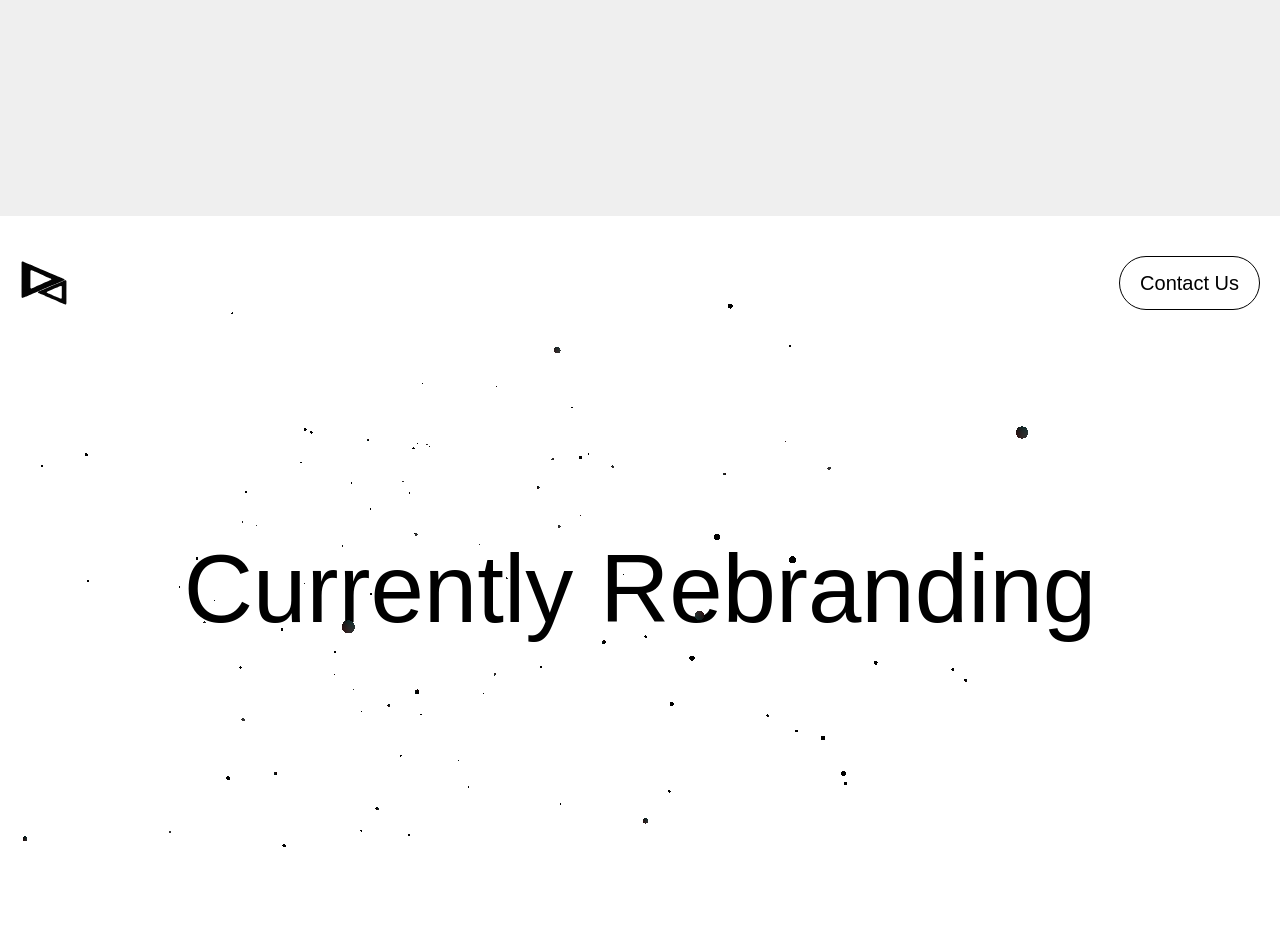
Repository: Cybugg/Nexxistudios-new
Page: /
These files come from the project's save history. The page is drawn as it stood at one moment and after the next save; the edit follows.
The browser window is 1280 px wide. The pictures show the whole page.
The project was rebuilt for these pictures with package versions that can differ from the ones it lists, and the page was loaded fresh each time. The framework's server and built-in components were replaced by stand-ins that run in the browser. Also part of the build but not shown: next.config.mjs.

Above is the page before, as saved 2025-09-06 15:32:16.

### app/layout.js
import { Geist, Geist_Mono } from "next/font/google";
import localFont from "next/font/local";
import "./globals.css";


const geistSans = Geist({
  variable: "--font-geist-sans",
  subsets: ["latin"],
});
const clashGrotesk = localFont({
  src:"./../public/fonts/TTF/ClashGrotesk-Variable.ttf",
  variable:"--font-clashGrotesk"
})

const geistMono = Geist_Mono({
  variable: "--font-geist-mono",
  subsets: ["latin"],
});

export const metadata = {
  title: "Create Next App",
  description: "Generated by create next app",
};

export default function RootLayout({ children }) {
  return (
    <html lang="en">
      <body
        className={`${geistSans.variable} ${geistMono.variable} antialiased ${clashGrotesk.variable} `}>
        {children}
      </body>
    </html>
  );
}

### app/page.js
"use client"
import { useGSAP } from "@gsap/react";
import TopNav from "./components/topNav";
import gsap from 'gsap';
import { useRef } from "react";
import Particles from "./Effects/Particles";




export default function Home() {
  const boxRef = useRef(null);
  useGSAP(() => {

    gsap.to("#progress", {
      width:"95%",
      duration:3,
      ease: 'power2.out',
    });
  },);

  return (
    <div className="grid grid-rows-[20px_1fr_20px] min-h-screen p-3 px-5  sm:p-5 bg-white text-black font-clashGrotesk">
      <main className="flex flex-col gap-[32px] row-start-2 items-center container mx-auto" style={{ width: '100%',height: '600px', position: 'relative' }}>
        <div className="absolute w-full h-full">
              <Particles particleColors={['#000000', '#000000']}
    particleCount={200}
    particleSpread={10}
    speed={0.1}
    particleBaseSize={100}
    moveParticlesOnHover={true}
    alphaParticles={false}
    disableRotation={false}
  />
        </div>

      {/* Nav section */}
  <TopNav />
      {/* Hero */}
      <section className="h-full w-full flex items-center justify-center">
    <div className="flex flex-col gap-5">
    {/* <div className="text-3xl">
    Re-branding in Progress...
    </div> */}
    <div className="flex items-center justify-center w-full">

{/* Text */}
<div className=" text-black flex items-center justify-center  w-full fontbold  text-8xl">
Currently Rebranding
</div>
    </div>

    <div>

    </div>
    </div>
      </section>

      </main>
      <footer className="row-start-3 flex gap-[24px] flex-wrap items-center justify-center">

      </footer>
    </div>
  );
}

### app/globals.css
@import "tailwindcss";

:root {
  --background: #ffffff;
  --foreground: #171717;
}

@theme inline {
  --color-background: var(--background);
  --color-foreground: var(--foreground);
  --font-sans: var(--font-geist-sans);
  --font-mono: var(--font-geist-mono);
}

@media (prefers-color-scheme: dark) {
  :root {
    --background: #0a0a0a;
    --foreground: #ededed;
  }
}

body {
  background: var(--background);
  color: var(--foreground);
  font-family: Arial, Helvetica, sans-serif;
}

@keyframes load {
  0% {
    top: 4.5rem;
  }
  70% {
    top: 1.125rem;
  }
  90% {
    top: 0;
  }
  95% {
    top: 0;
  }
  100% {
    top: 4.5rem;
  }
}
@keyframes liquid-1 {
  0% {
    height: 0;
    opacity: 0;
    top: -0.5rem;
  }
  22% {
    height: 0.28125rem;
    top: 0.375rem;
    opacity: 1;
  }
  25% {
    top: -0.25rem;
  }
  35% {
    height: 1.125rem;
    top: -0.5rem;
  }
  55% {
    height: 0.28125rem;
    top: -0.125rem;
  }
  60% {
    height: 0.61875rem;
    opacity: 1;
    top: -0.275rem;
  }
  96% {
    height: 0.84375rem;
    opacity: 0;
    top: 0.5rem;
  }
  100% {
    height: 0;
    opacity: 0;
  }
}
@keyframes liquid-2 {
  0% {
    height: 0;
    opacity: 0;
    top: -0.5rem;
  }
  17.5% {
    height: 0.28125rem;
    top: 0.2rem;
    opacity: 1;
  }
  20% {
    top: -0.25rem;
  }
  25% {
    height: 1.40625rem;
    top: -0.625rem;
  }
  45% {
    height: 0.28125rem;
    top: -0.125rem;
  }
  60% {
    height: 1.40625rem;
    opacity: 1;
    top: -0.5rem;
  }
  96% {
    height: 0.84375rem;
    opacity: 0;
    top: 0.5rem;
  }
  100% {
    height: 0;
    opacity: 0;
  }
}
.battery {
  display: inline-block;
  position: relative;
  width: 2.25rem;
  height: 4.5rem;
  box-shadow: 0 0 0 0.2rem #425c77;
  background: white;
  border-radius: 0.09rem;
}
.battery:before {
  content: "";
  position: absolute;
  left: 0.5625rem;
  right: 0.5625rem;
  top: -0.3375rem;
  height: 0.3375rem;
  width: 1.125rem;
  background: #425c77;
  border-radius: 0.18rem;
}
.battery:after {
  content: "";
  position: absolute;
  top: 0;
  bottom: 0;
  left: 0;
  right: 0;
  border-right: 2.25rem solid transparent;
  border-bottom: 4.05rem solid rgba(255, 255, 255, 0.325);
}

.liquid {
  position: absolute;
  top: 0;
  bottom: 0;
  left: 0;
  right: 0;
  width: 2.25rem;
  background: #71fb85;
  animation: load 2.25s infinite;
}
.liquid:after, .liquid:before {
  content: "";
  position: absolute;
  top: -0.5rem;
  height: 1.125rem;
  width: 1.4625rem;
  background: #71fb85;
  border-radius: 50%;
  opacity: 0;
}
.liquid:after {
  right: 0;
  animation: liquid-1 2.25s infinite;
}
.liquid:before {
  left: 0;
  animation: liquid-2 2.25s infinite;
}

body {
  padding-top: 30vh;
  background: #efefef;
  text-align: center;
}

@keyframes power {
  0% {
    color: #bcbcbc;
  }
  75% {
    color: #bcbcbc;
    text-shadow: none;
  }
  90% {
    color: #58fa70;
    text-shadow: 0 0 0.8em #71fb85;
  }
  100% {
    color: #bcbcbc;
    text-shadow: none;
  }
}
h5 {
  font-family: Lato, sans-serif;
  font-weight: 300;
  letter-spacing: 0.025rem;
  text-transform: uppercase;
  color: #bcbcbc;
  animation: power 2.25s infinite;
}

### app/components/topNav.js
import Image from 'next/image';
import React from 'react'
import logo from "@/assets/images/logo-light.svg"

function TopNav() {
  return (
    <div className="flex justify-between items-center w-full">
    {/* Logo */}
    <div>
      <Image src={logo} width={48} height={46} alt="nexxistudios's logo" />
    </div>
    <ul>
      <li className="py-3 px-5 text-xl rounded-full border cursor-pointer">
Contact Us
      </li>
    </ul>
  </div>
  )
}

export default TopNav;

### app/Effects/Particles.js
"use client"

import { useEffect, useRef } from 'react';
import { Renderer, Camera, Geometry, Program, Mesh } from 'ogl';

const defaultColors = ['#ffffff', '#ffffff', '#ffffff'];

const hexToRgb = hex => {
  hex = hex.replace(/^#/, '');
  if (hex.length === 3) {
    hex = hex
      .split('')
      .map(c => c + c)
      .join('');
  }
  const int = parseInt(hex, 16);
  const r = ((int >> 16) & 255) / 255;
  const g = ((int >> 8) & 255) / 255;
  const b = (int & 255) / 255;
  return [r, g, b];
};

const vertex = /* glsl */ `
  attribute vec3 position;
  attribute vec4 random;
  attribute vec3 color;

  uniform mat4 modelMatrix;
  uniform mat4 viewMatrix;
  uniform mat4 projectionMatrix;
  uniform float uTime;
  uniform float uSpread;
  uniform float uBaseSize;
  uniform float uSizeRandomness;

  varying vec4 vRandom;
  varying vec3 vColor;

  void main() {
    vRandom = random;
    vColor = color;

    vec3 pos = position * uSpread;
    pos.z *= 10.0;

    vec4 mPos = modelMatrix * vec4(pos, 1.0);
    float t = uTime;
    mPos.x += sin(t * random.z + 6.28 * random.w) * mix(0.1, 1.5, random.x);
    mPos.y += sin(t * random.y + 6.28 * random.x) * mix(0.1, 1.5, random.w);
    mPos.z += sin(t * random.w + 6.28 * random.y) * mix(0.1, 1.5, random.z);

    vec4 mvPos = viewMatrix * mPos;

    if (uSizeRandomness == 0.0) {
      gl_PointSize = uBaseSize;
    } else {
      gl_PointSize = (uBaseSize * (1.0 + uSizeRandomness * (random.x - 0.5))) / length(mvPos.xyz);
    }

    gl_Position = projectionMatrix * mvPos;
  }
`;

const fragment = /* glsl */ `
  precision highp float;

  uniform float uTime;
  uniform float uAlphaParticles;
  varying vec4 vRandom;
  varying vec3 vColor;

  void main() {
    vec2 uv = gl_PointCoord.xy;
    float d = length(uv - vec2(0.5));

    if(uAlphaParticles < 0.5) {
      if(d > 0.5) {
        discard;
      }
      gl_FragColor = vec4(vColor + 0.2 * sin(uv.yxx + uTime + vRandom.y * 6.28), 1.0);
    } else {
      float circle = smoothstep(0.5, 0.4, d) * 0.8;
      gl_FragColor = vec4(vColor + 0.2 * sin(uv.yxx + uTime + vRandom.y * 6.28), circle);
    }
  }
`;

const Particles = ({
  particleCount = 200,
  particleSpread = 10,
  speed = 0.1,
  particleColors,
  moveParticlesOnHover = false,
  particleHoverFactor = 1,
  alphaParticles = false,
  particleBaseSize = 100,
  sizeRandomness = 1,
  cameraDistance = 20,
  disableRotation = false,
  className
}) => {
  const containerRef = useRef(null);
  const mouseRef = useRef({ x: 0, y: 0 });

  useEffect(() => {
    const container = containerRef.current;
    if (!container) return;

    const renderer = new Renderer({ depth: false, alpha: true });
    const gl = renderer.gl;
    container.appendChild(gl.canvas);
    gl.clearColor(0, 0, 0, 0);

    const camera = new Camera(gl, { fov: 15 });
    camera.position.set(0, 0, cameraDistance);

    const resize = () => {
      const width = container.clientWidth;
      const height = container.clientHeight;
      renderer.setSize(width, height);
      camera.perspective({ aspect: gl.canvas.width / gl.canvas.height });
    };
    window.addEventListener('resize', resize, false);
    resize();

    const handleMouseMove = e => {
      const rect = container.getBoundingClientRect();
      const x = ((e.clientX - rect.left) / rect.width) * 2 - 1;
      const y = -(((e.clientY - rect.top) / rect.height) * 2 - 1);
      mouseRef.current = { x, y };
    };

    if (moveParticlesOnHover) {
      container.addEventListener('mousemove', handleMouseMove);
    }

    const count = particleCount;
    const positions = new Float32Array(count * 3);
    const randoms = new Float32Array(count * 4);
    const colors = new Float32Array(count * 3);
    const palette = particleColors && particleColors.length > 0 ? particleColors : defaultColors;

    for (let i = 0; i < count; i++) {
      let x, y, z, len;
      do {
        x = Math.random() * 2 - 1;
        y = Math.random() * 2 - 1;
        z = Math.random() * 2 - 1;
        len = x * x + y * y + z * z;
      } while (len > 1 || len === 0);
      const r = Math.cbrt(Math.random());
      positions.set([x * r, y * r, z * r], i * 3);
      randoms.set([Math.random(), Math.random(), Math.random(), Math.random()], i * 4);
      const col = hexToRgb(palette[Math.floor(Math.random() * palette.length)]);
      colors.set(col, i * 3);
    }

    const geometry = new Geometry(gl, {
      position: { size: 3, data: positions },
      random: { size: 4, data: randoms },
      color: { size: 3, data: colors }
    });

    const program = new Program(gl, {
      vertex,
      fragment,
      uniforms: {
        uTime: { value: 0 },
        uSpread: { value: particleSpread },
        uBaseSize: { value: particleBaseSize },
        uSizeRandomness: { value: sizeRandomness },
        uAlphaParticles: { value: alphaParticles ? 1 : 0 }
      },
      transparent: true,
      depthTest: false
    });

    const particles = new Mesh(gl, { mode: gl.POINTS, geometry, program });

    let animationFrameId;
    let lastTime = performance.now();
    let elapsed = 0;

    const update = t => {
      animationFrameId = requestAnimationFrame(update);
      const delta = t - lastTime;
      lastTime = t;
      elapsed += delta * speed;

      program.uniforms.uTime.value = elapsed * 0.001;

      if (moveParticlesOnHover) {
        particles.position.x = -mouseRef.current.x * particleHoverFactor;
        particles.position.y = -mouseRef.current.y * particleHoverFactor;
      } else {
        particles.position.x = 0;
        particles.position.y = 0;
      }

      if (!disableRotation) {
        particles.rotation.x = Math.sin(elapsed * 0.0002) * 0.1;
        particles.rotation.y = Math.cos(elapsed * 0.0005) * 0.15;
        particles.rotation.z += 0.01 * speed;
      }

      renderer.render({ scene: particles, camera });
    };

    animationFrameId = requestAnimationFrame(update);

    return () => {
      window.removeEventListener('resize', resize);
      if (moveParticlesOnHover) {
        container.removeEventListener('mousemove', handleMouseMove);
      }
      cancelAnimationFrame(animationFrameId);
      if (container.contains(gl.canvas)) {
        container.removeChild(gl.canvas);
      }
    };
    // eslint-disable-next-line react-hooks/exhaustive-deps
  }, [
    particleCount,
    particleSpread,
    speed,
    moveParticlesOnHover,
    particleHoverFactor,
    alphaParticles,
    particleBaseSize,
    sizeRandomness,
    cameraDistance,
    disableRotation
  ]);

  return <div ref={containerRef} className={`relative w-full h-full ${className}`} />;
};

export default Particles;

After the next save:
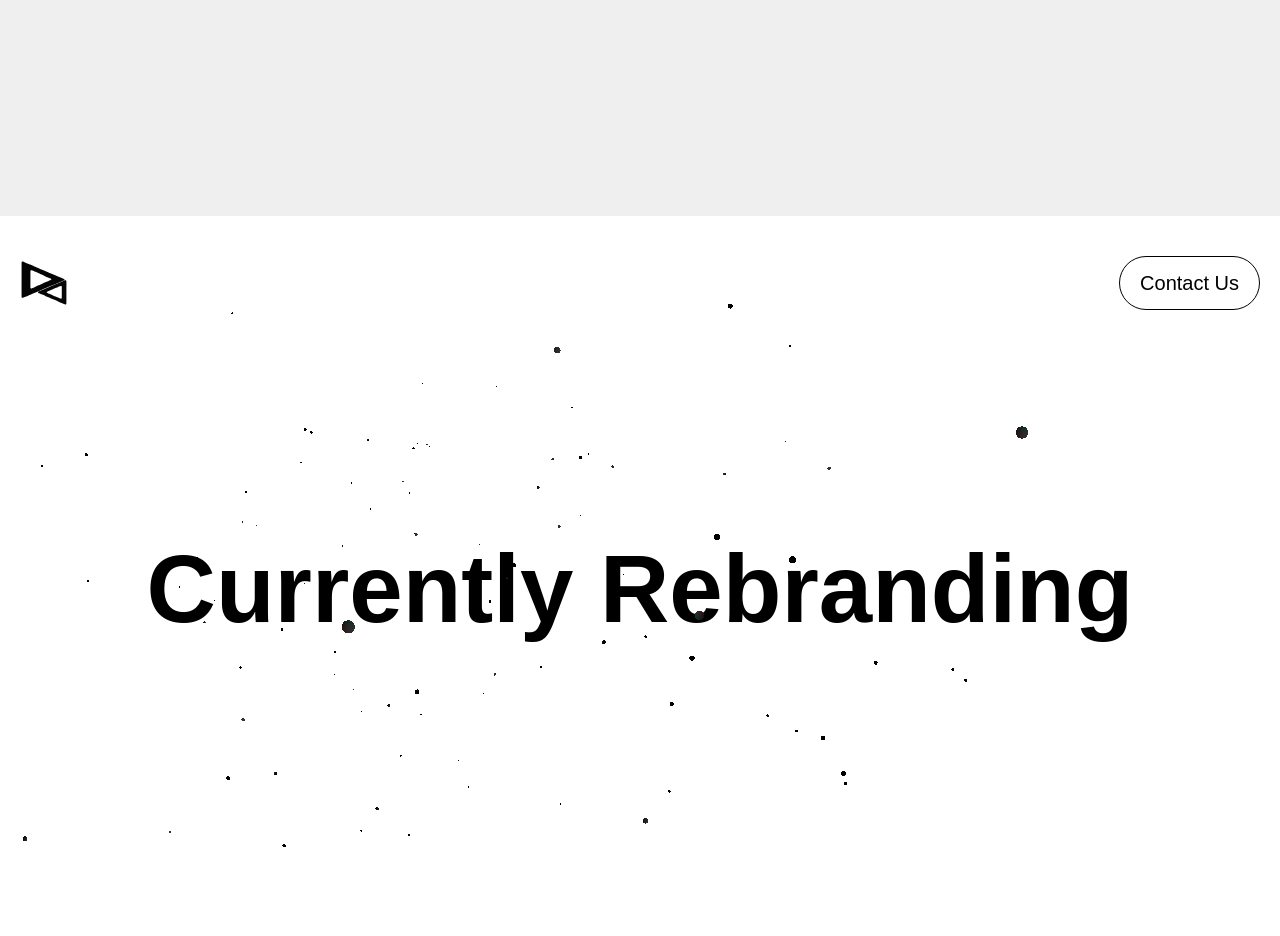
Saved 5 s later.
--- a/app/page.js
+++ b/app/page.js
@@ -45,7 +45,7 @@ export default function Home() {
     <div className="flex items-center justify-center w-full">
 
 {/* Text */}
-<div className=" text-black flex items-center justify-center  w-full fontbold  text-8xl">
+<div className=" text-black flex items-center justify-center  w-full font-bold  text-8xl">
 Currently Rebranding
 </div>
     </div>
